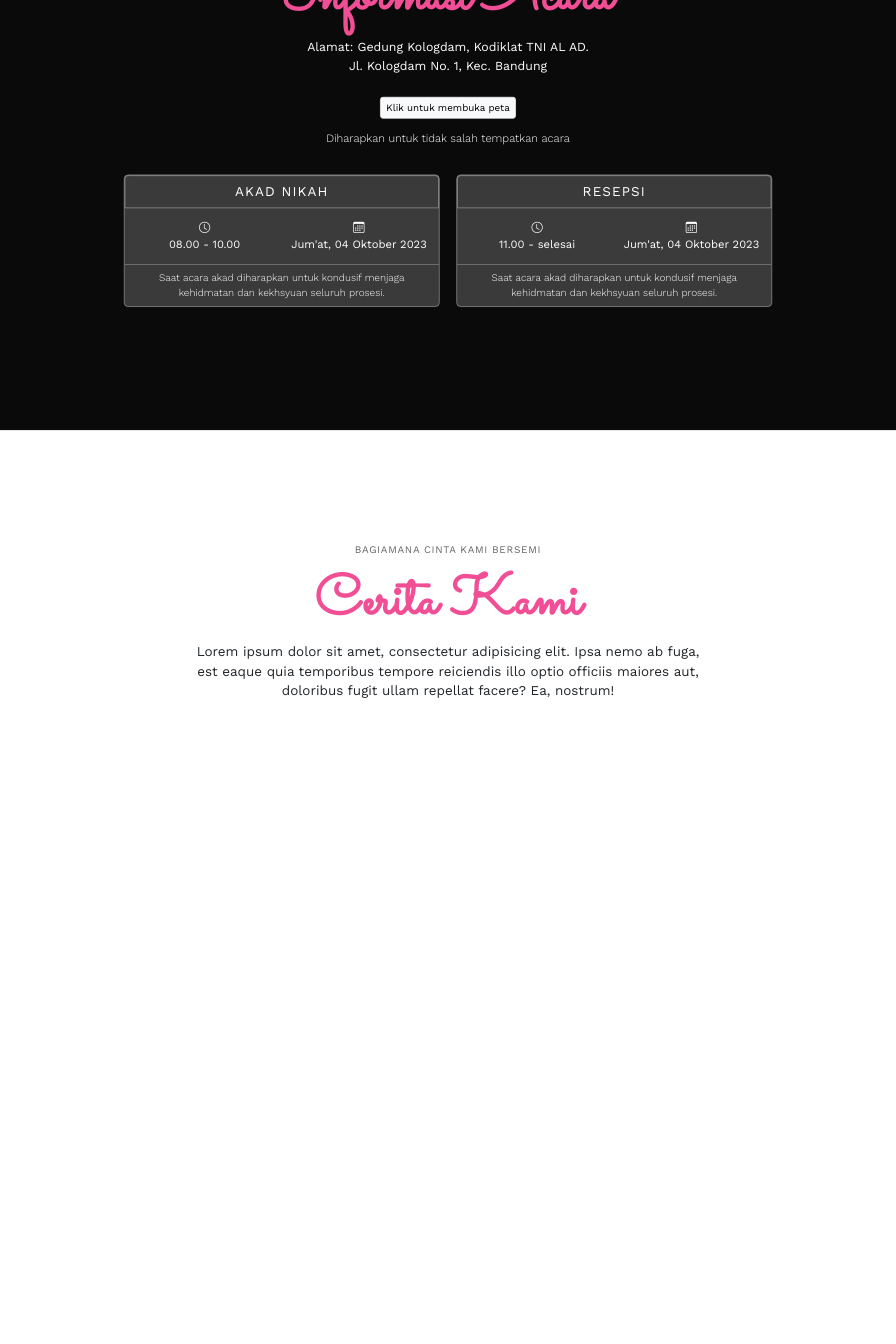
Repository: sellayspy/invitation
Page: index.html
An editor plug-in stored every save of this project. The page is shown before and after the next save, followed by the edit.
The browser window is 1280 px wide. The pictures show the part of the page from y = 1908 to 3828 px (the page is 4000 px tall), at 70% of full size.

Above is the page before, as saved 2024-07-08 19:11:25.

### index.html
<!DOCTYPE html>
<html lang="en">
  <head>
    <meta charset="utf-8" />
    <meta name="viewport" content="width=device-width, initial-scale=1" />
    <title>Dela & Roni</title>
    <link
      href="https://cdn.jsdelivr.net/npm/bootstrap@5.3.3/dist/css/bootstrap.min.css"
      rel="stylesheet"
      integrity="sha384-QWTKZyjpPEjISv5WaRU9OFeRpok6YctnYmDr5pNlyT2bRjXh0JMhjY6hW+ALEwIH"
      crossorigin="anonymous"
    />
    <link rel="preconnect" href="https://fonts.googleapis.com" />
    <link rel="preconnect" href="https://fonts.gstatic.com" crossorigin />
    <link
      href="https://fonts.googleapis.com/css2?family=Sacramento&family=Work+Sans:ital,wght@0,100..900;1,100..900&display=swap"
      rel="stylesheet"
    />

    <!--Simple Coutdown-->
    <link rel="stylesheet" href="coutdown/simplyCountdown.theme.default.css" />
    <script src="coutdown/simplyCountdown.min.js"></script>

    <!--Custom CSS Icon-->
    <link rel="stylesheet" href="https://cdn.jsdelivr.net/npm/bootstrap-icons@1.11.3/font/bootstrap-icons.min.css">

    <link rel="stylesheet" href="style.css" />
  </head>
  <body>
    <section
      id="hero"
      class="hero w-100 h-100 p-3 mx-auto text-center d-flex justify-content-center align-items-center text-white"
    >
      <main>
        <h4>Kepada Bapak/Ibu/Saudara/i,</h4>
        <h1>Dela Sri Aprialini & Roni Sahroni</h1>
        <p>Akan melangsungkan resepsi pernikahan dalam:</p>
        <div class="simply-countdown"></div>
        <a href="#undangan" class="btn btn-lg mt-4">Lihat Undangan</a>
      </main>
    </section>

    <nav class="navbar navbar-expand-md bg-transparent sticky-top mynavbar">
      <div class="container">
        <a class="navbar-brand" href="#">Spy</a>
        <button
          class="navbar-toggler border-0"
          type="button"
          data-bs-toggle="offcanvas"
          data-bs-target="#offcanvasNavbar"
          aria-controls="offcanvasNavbar"
          aria-label="Toggle navigation"
        >
          <span class="navbar-toggler-icon"></span>
        </button>
        <div
          class="offcanvas offcanvas-end"
          tabindex="-1"
          id="offcanvasNavbar"
          aria-labelledby="offcanvasNavbarLabel"
        >
          <div class="offcanvas-header">
            <h5 class="offcanvas-title" id="offcanvasNavbarLabel">Spy</h5>
            <button
              type="button"
              class="btn-close"
              data-bs-dismiss="offcanvas"
              aria-label="Close"
            ></button>
          </div>
          <div class="offcanvas-body">
            <div class="navbar-nav ms-auto">
              <a class="nav-link" href="#home">Home</a>
              <a class="nav-link" href="#info">Info</a>
              <a class="nav-link" href="#story">Story</a>
              <a class="nav-link" href="#gallery">Gallery</a>
              <a class="nav-link" href="#rsvp">RSVP</a>
              <a class="nav-link" href="#gifts">Gifts</a>
            </div>
          </div>
        </div>
      </div>
    </nav>

    <section id="home" class="home">
      <div class="container">
        <div class="row justify-content-center">
          <div class="col-md-8 text-center">
            <h2>Acara Pernikahan</h2>
            <h3>
              Diselenggarakan pada 04 oktober 2024 di Tasikmalaya, Jawa Barat
            </h3>
            <p>
              Oleh karena itu, dengan segala hormat, kami bermaksud untuk
              mengundang Bapak/Ibu, Saudara/i, untuk hadir pada acara pernikahan
              kami.
            </p>
          </div>
        </div>

        <div class="row couple">
          <div class="col-lg-6">
            <div class="row">
              <div class="col-8 text-end">
                <h3>Roni Sahroni</h3>
                <p>
                  Lorem ipsum dolor, sit amet consectetur adipisicing elit. Quis
                  rerum qui, placeat harum quod saepe eius necessitatibus sunt
                  doloremque! Aperiam, laborum doloribus quos sit et adipisci
                  molestias iure sunt dolorum?
                </p>
                <p>
                  Putra dari Bpk. Lorem <br />
                  dan Ibu Ipsum
                </p>
              </div>
              <div class="col-4">
                <img
                  src="img/Desain tanpa judul (1).jpg"
                  alt="Roni Sahroni"
                  class="img-responsive rounded-circle"
                />
              </div>
            </div>
          </div>

          <span class="heart"><i class="bi bi-heart-fill"></i></span>

          <div class="col-lg-6">
            <div class="row">
              <div class="col-4">
                <img
                  src="img/Desain tanpa judul (2).jpg"
                  alt="Dela Sri"
                  class="img-responsive rounded-circle"
                />
              </div>
              <div class="col-8">
                <h3>Dela Sri</h3>
                </h3>
                <p>
                  Lorem ipsum dolor, sit amet consectetur adipisicing elit. Quis
                  rerum qui, placeat harum quod saepe eius necessitatibus sunt
                  doloremque! Aperiam, laborum doloribus quos sit et adipisci
                  molestias iure sunt dolorum?
                </p>
                <p>
                  Putra dari Bpk. Lorem <br />
                  dan Ibu Ipsum
                </p>
              </div>
            </div>
          </div>
        </div>
      </div>
    </section>

    <section id="info" class="info">
      <div class="container">
        <div class="row justify-content-center">
          <div class="col-md-8 col-10 text-center">
            <h2>Informasi Acara</h2>
            <p class="alamat">Alamat: Gedung Kologdam, Kodiklat TNI AL AD. <br> Jl. Kologdam No. 1, Kec. Bandung</p>
            <a href="https://maps.app.goo.gl/j2RVmCKoAZy6CYFM9" target="_blank" class="btn btn-light btn-sm my-3">Klik untuk membuka peta</a>
            <p class="description">Diharapkan untuk tidak salah tempatkan acara</p>
          </div>
        </div>

        <div class="row justify-content-center mt-4">
          <div class="col-md-5 col-10">
            <div class="card text-center text-bg-light mb-5">
         <div class="card-header">Akad Nikah</div>
              <div class="card-body">
                <div class="row justify-content-center">
                  <div class="col-md-6">
                    <i class="bi bi-clock d-block"></i>
                    <span>08.00 - 10.00</span>
                  </div>
                  <div class="col-md-6">
                    <i class="bi bi-calendar3 d-block"></i>
                    <span>Jum'at, 04 Oktober 2023</span>
                  </div>
                </div>
             </div>
         <div class="card-footer">
          Saat acara akad diharapkan untuk kondusif menjaga kehidmatan dan kekhsyuan seluruh prosesi.
        </div>
          </div>
          </div>

          <div class="col-md-5 col-10">
            <div class="card text-center text-bg-light">
         <div class="card-header">Resepsi</div>
              <div class="card-body">
                <div class="row justify-content-center">
                  <div class="col-md-6">
                    <i class="bi bi-clock d-block"></i>
                    <span>11.00 - selesai</span>
                  </div>
                  <div class="col-md-6">
                    <i class="bi bi-calendar3 d-block"></i>
                    <span>Jum'at, 04 Oktober 2023</span>
                  </div>
                </div>
             </div>
         <div class="card-footer">
          Saat acara akad diharapkan untuk kondusif menjaga kehidmatan dan kekhsyuan seluruh prosesi.
        </div>
          </div>
          </div>
        </div>
      </div>
    </section>

    <section id="story" class="story">
      <div class="container">
        <div class="row justify-content-center">
          <div class="col-md-8 col-10 text-center">
            <span>Bagiamana Cinta Kami Bersemi</span>
            <h2>Cerita Kami</h2>
            <p>Lorem ipsum dolor sit amet, consectetur adipisicing elit. Ipsa nemo ab fuga, est eaque quia temporibus tempore reiciendis illo optio officiis maiores aut, doloribus fugit ullam repellat facere? Ea, nostrum!</p>
          </div>
        </div>
      </div>
    </section>

    <script
      src="https://cdn.jsdelivr.net/npm/bootstrap@5.3.3/dist/js/bootstrap.bundle.min.js"
      integrity="sha384-YvpcrYf0tY3lHB60NNkmXc5s9fDVZLESaAA55NDzOxhy9GkcIdslK1eN7N6jIeHz"
      crossorigin="anonymous"
    ></script>

    <script>
      simplyCountdown(".simply-countdown", {
        year: 2024, // required
        month: 10, // required
        day: 4, // required
        hours: 8, // Default is 0 [0-23] integer
        words: {
          //words displayed into the countdown
          days: { singular: "hari", plural: "hari" },
          hours: { singular: "jam", plural: "jam" },
          minutes: { singular: "menit", plural: "menit" },
          seconds: { singular: "detik", plural: "detik" },
        },
      });
    </script>

    <script>

      const hamburger = document.querySelector(".navbar-toggler");

      const stickyTop = document.querySelector(".sticky-top");

      hamburger.addEventListener("click", () => {
        stickyTop.style.overflow = 'visible'
      });

      const offCanvas = document.querySelector(".offcanvas");

      offCanvas.addEventListener("hidden.bs.offcanvas", () => {
        stickyTop.style.overflow = 'hidden'
      });

    </script>
  </body>
</html>

### coutdown/simplyCountdown.theme.default.css
.simply-countdown {
  overflow: hidden;
  display: table;
  font-family: "Arial", sans-serif;
  margin: auto;
}
.simply-countdown > .simply-section {
  width: 50px;
  height: 50px;
  padding: 80px;
  display: flex;
  align-items: center;
  justify-content: center;
  float: left;
  margin: 10px;
  background: var(--pink);
  box-shadow: 0 1px 3px rgba(0, 0, 0, 0.12), 0 1px 2px rgba(0, 0, 0, 0.24);
  border-radius: 50%;
}
.simply-countdown > .simply-section .simply-amount,
.simply-countdown > .simply-section .simply-word {
  display: block;
  text-align: center;
}
.simply-countdown > .simply-section .simply-amount {
  font-size: 1.6rem;
}

### style.css
:root {
  --pink: #f14e95;

  --bg: #0a0a0a;

  --shadow: 0 2px 2px rgb(0 0 0/ 0.5);
}

body {
  font-size: 1.2rem;
  font-family: "Work Sans", sans-serif;
  min-height: 4000px;
}

.hero::before {
  content: "";
  position: absolute;
  top: 0;
  left: 0;
  height: 100%;
  width: 100%;
  background-image: url(img/gambar-1.jpg);
  background-size: cover;
  background-position: center;
  z-index: -1;
  filter: blur(2px);
}

.hero {
  position: relative;
  min-height: 100vh;
}

.hero h1,
.hero h4,
.hero p {
  text-shadow: var(--shadow);
}

.hero h1 {
  font-family: "Sacramento", cursive;
  font-size: 6rem;
}

.hero h4 {
  font-size: 1.6rem;
}

.hero p {
  font-size: 1.4rem;
}

.hero a {
  color: var(--pink);

  background-color: white;

  box-shadow: var(--shadow);
}

.hero a:hover {
  background-color: var(--pink);
  color: white;
}

.mynavbar {
  background-color: rgba(255, 255, 255, 0.4) !important;
  backdrop-filter: blur(4px);
}

.mynavbar .offcanvas {
  height: 100vh;
}

.mynavbar .navbar-brand,
.mynavbar .offcanvas-title {
  font-family: "Sacramento", cursive;
  font-size: 3.2rem;
  font-weight: bold;
}

.mynavbar .nav-link {
  text-transform: uppercase;
}

.home {
  background-image: url(img/Desain\ tanpa\ judul.png);
  background-size: cover;
  min-height: 100vh;
  margin-top: -6rem;
  padding-top: 15rem;
  padding-bottom: 5rem;
}

.home h2,
.info h2,
.story h2 {
  color: var(--pink);
  font-family: "Sacramento", cursive;
  font-size: 5rem;
  font-weight: bold;
}

.home h3 {
  color: #444;
  font-size: 1.5rem;
  margin-bottom: 1rem;
}

.home p {
  font-size: 1.1rem;
  color: #666;
}

.home .couple {
  margin-top: 100px;
}

.home .couple h3 {
  font-family: "Sacramento";
  font-size: 2.4rem;
  color: var(--pink);
}

.home .couple img {
  width: 100%;
}

.home .heart {
  width: 50px;
  height: 50px;
  background-color: white;
  display: flex;
  border-radius: 50%;
  box-shadow: 0 0 5px rgba(0, 0, 0, 0.5);
  position: absolute;
  left: 50%;
  transform: translateX(-50%) translateY(65px);
}

.home .heart i {
  margin: auto;
  color: var(--pink);
}

.info {
  background-color: var(--bg);
  color: white;
  padding-top: 10rem;
  padding-bottom: 8rem;
}

.info .alamat {
  font-size: 1.1rem;
}

.info .description {
  font-size: 1rem;
  font-weight: 300;
}

.info .card {
  background-color: rgba(255, 255, 255, 0.2) !important;
  color: white !important;
  border: 1px solid #999;
}

.info .card-header {
  border: 1px solid #999;
  text-transform: uppercase;
  letter-spacing: 0.1rem;
}

.info .card-body {
  font-size: 1rem;
}

.info .card-footer {
  border-top: 1px solid #999;
  font-size: 0.9rem;
  font-weight: 300;
}

.story {
  padding-top: 10rem;
  padding-bottom: 8rem;
}

.story span {
  text-transform: uppercase;
  color: #666;
  font-size: 0.9rem;
  letter-spacing: 1px;
  margin-bottom: 1rem;
  display: block;
}

/* Media Query */

/* Extra large devices (large laptops and desktops, 1200px and up) */

@media (max-width: 1200px) {
  .home .heart {
    transform: translateX(-50%) translateY(45px);
  }
}

/* Laptop */
@media (max-width: 992px) {
  html {
    font-size: 75%;
  }
  .simply-countdown > .simply-section {
    padding: 70px;
  }

  .home .heart {
    display: none;
  }
}

/* Tablet */
@media (max-width: 768px) {
  html {
    font-size: 65%;
  }
  .simply-countdown > .simply-section {
    padding: 60px;
    margin: 5px;
  }

  .mynavbar .nav-link {
    font-size: 2rem;
    text-align: center;
  }

  .sticky-top {
    overflow: hidden;
  }
}

/* mobile phone */
@media (max-width: 576px) {
  html {
    font-size: 55%;
  }
  .simply-countdown > .simply-section {
    padding: 45px;
    margin: 3px;
  }
}

Loaded but not shown: coutdown/simplyCountdown.min.js (library)

After the next save:
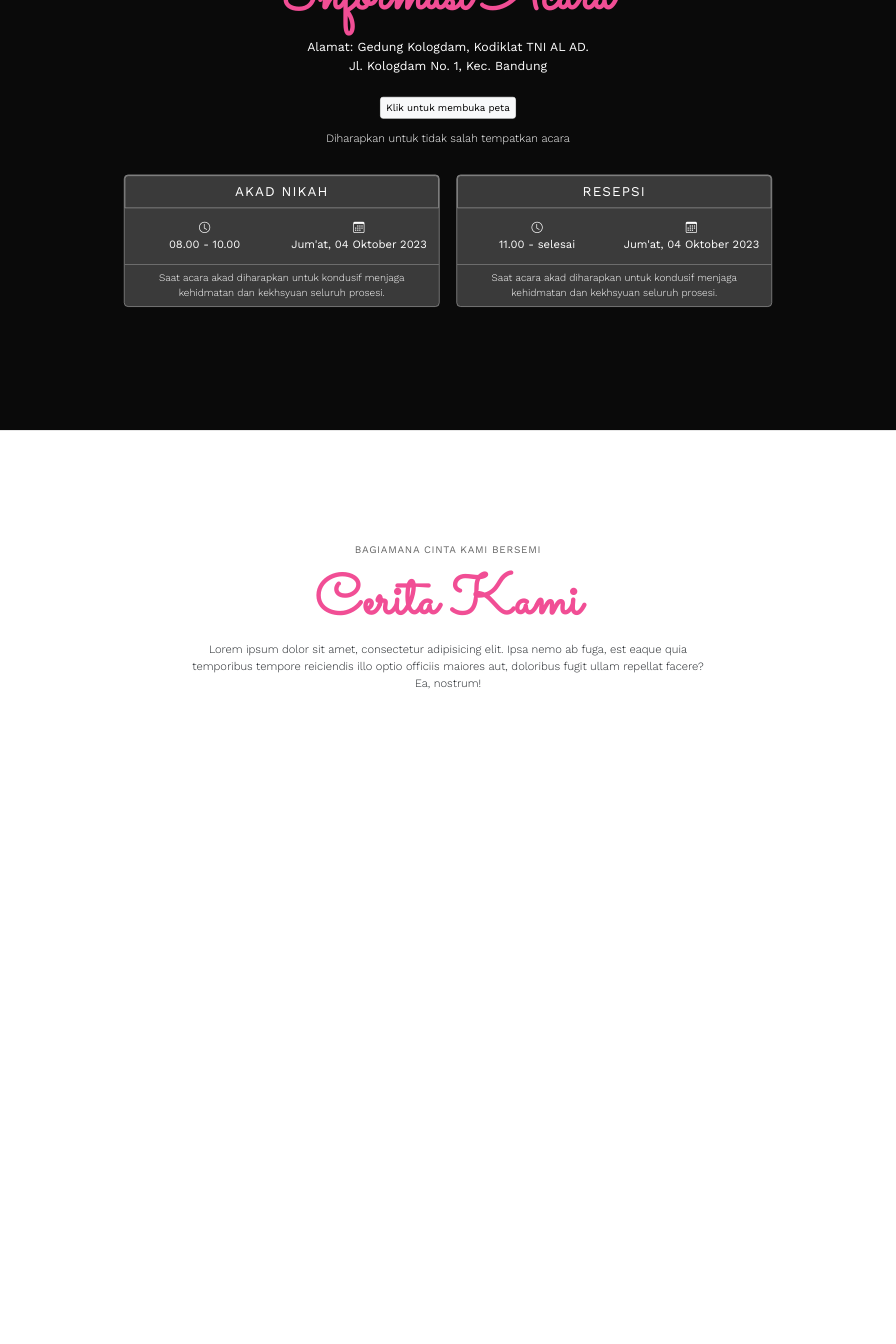
Saved 32 s later.
--- a/style.css
+++ b/style.css
@@ -195,6 +195,11 @@ body {
   display: block;
 }
 
+.story p {
+  font-size: 1rem;
+  font-weight: 300;
+}
+
 /* Media Query */
 
 /* Extra large devices (large laptops and desktops, 1200px and up) */
